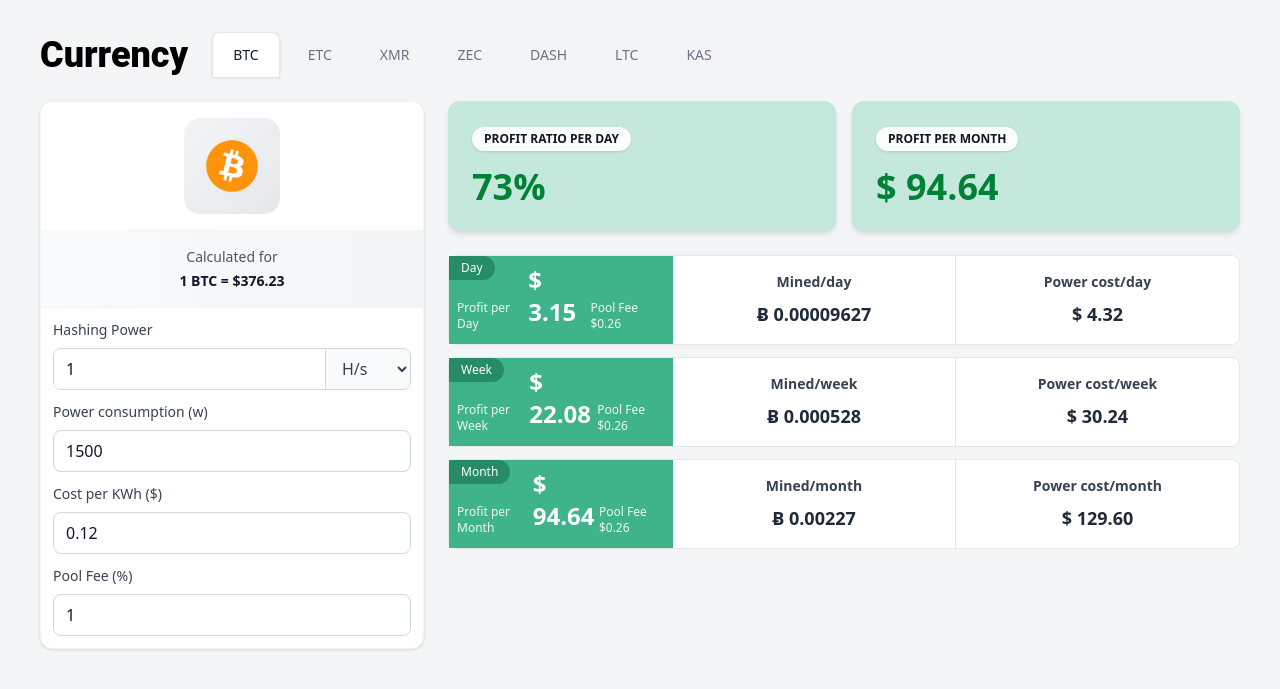
Repository: Bilal-Ahmad-CodeMaster/crypto-proj
Page: /
An editor plug-in stored every save of this project. The page is shown before and after the next save, followed by the edit.
The browser window is 1280 px wide. The pictures show the whole page.
The project was rebuilt for these pictures with package versions that can differ from the ones it lists, and the page was loaded fresh each time. The framework's server and built-in components were replaced by stand-ins that run in the browser. Also part of the build but not shown: next.config.ts.

Above is the page before, as saved 2025-11-25 22:48:40.

After the next save:
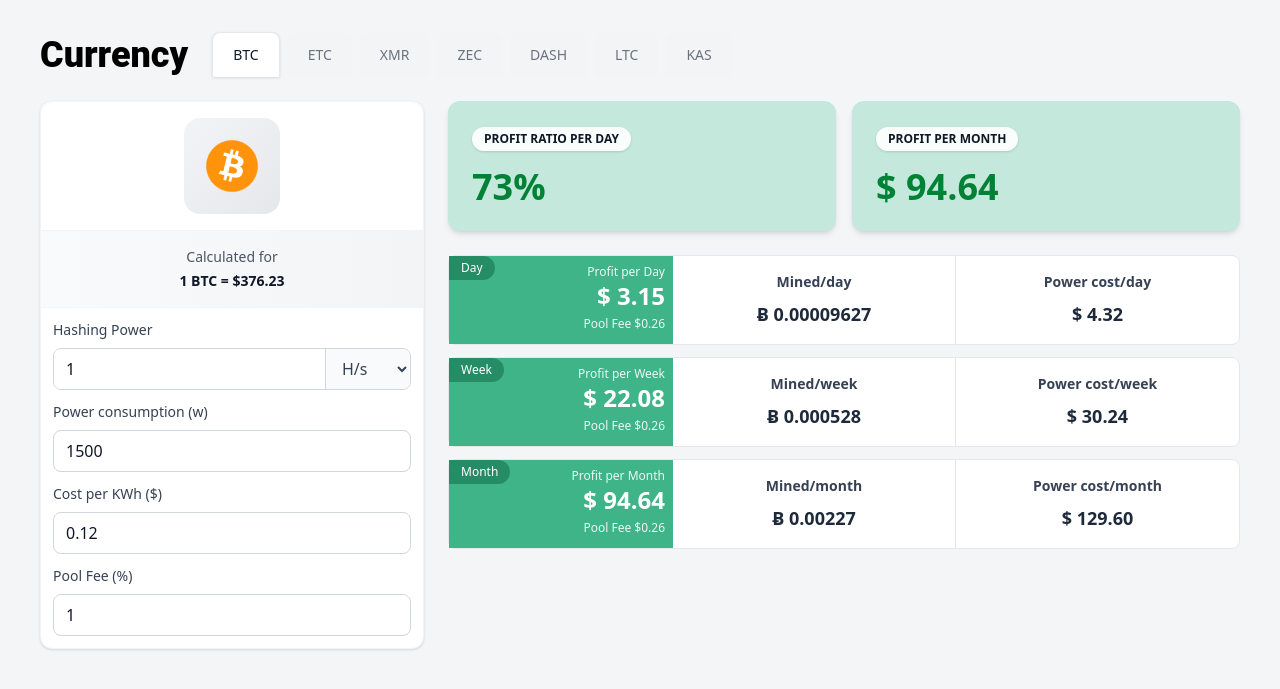
Saved 8 s later.
--- a/src/app/components/ResultCards.tsx
+++ b/src/app/components/ResultCards.tsx
@@ -17,7 +17,7 @@
                 {/* First part with background color */}
                 <div className={`w-56 p-2 text-white relative ${positive ? 'bg-[#3FB488]' : 'bg-[#F15C5C]'}`}>
                     <div className={`text-xs font-medium inline-block px-3 py-1 rounded-r-full mb-3 absolute top-0 left-0 ${positive ? 'bg-[#258C66]' : 'bg-[#C14848]'}`}>{title}</div>
-                    <div className='flex w-full justify-end items-end'>
+                    <div className='flex flex-col w-full justify-end items-end'>
                         <div className="text-xs opacity-90">Profit per {title}</div>
                         <div className="text-2xl font-bold mb-1">{money}</div>
                         <div className="text-xs opacity-90">Pool Fee $0.26</div>
